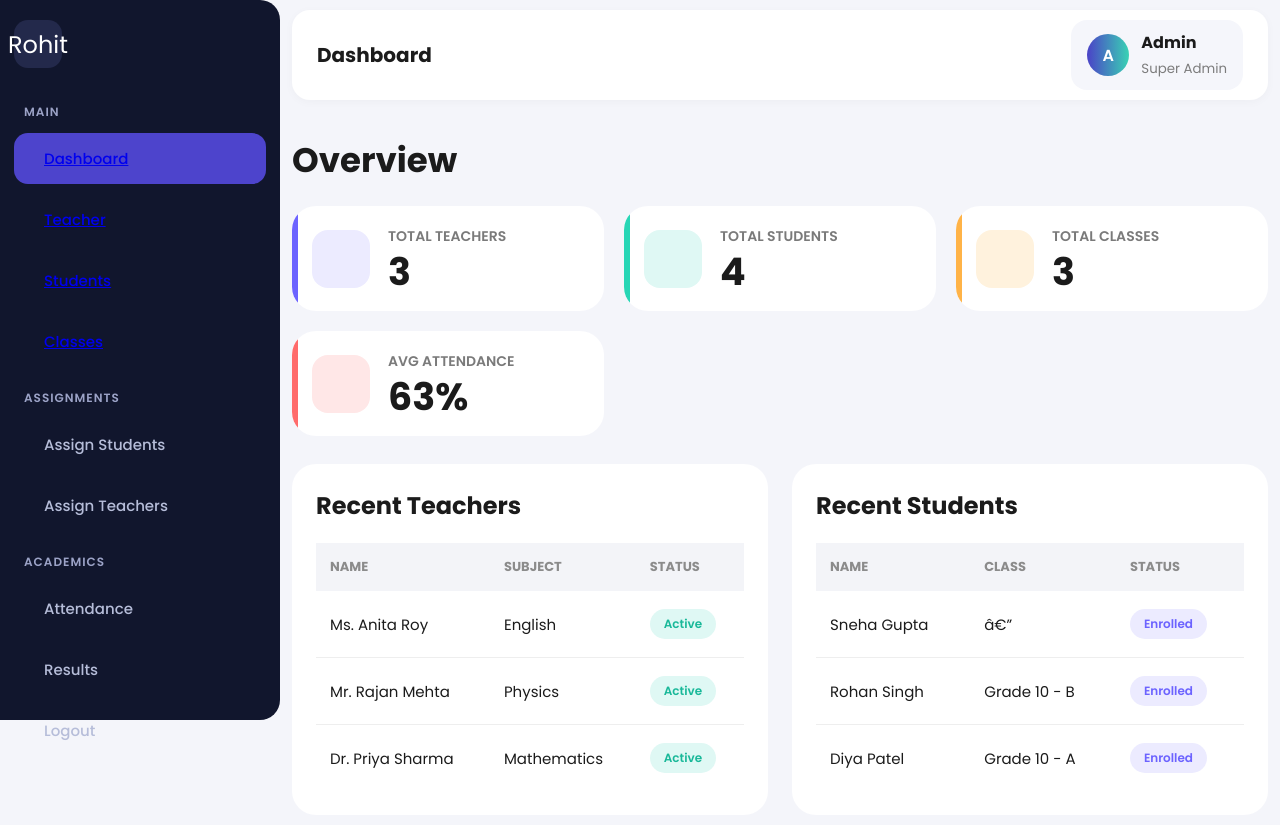
Repository: rohit-rk-07/school_management_system
Page: http://localhost/School_Management_System/dashboard.jsp
An editor plug-in stored every save of this project. The page is shown before and after the next save, followed by the edit.
The browser window is 1280 px wide. The pictures show the whole page.
The page is served by Tomcat 10. Other server files are loaded and not shown.

Above is the page before, as saved 2026-05-20 09:56:14.
Console error: TypeError: Cannot read properties of null (reading 'addEventListener')

### School_Management_System/src/main/webapp/dashboard.jsp
<!DOCTYPE html>
<html lang="en">
<head>
  <meta charset="UTF-8" />
  <meta name="viewport" content="width=device-width, initial-scale=1.0"/>
  <title>School Dashboard</title>

  <link rel="preconnect" href="https://fonts.googleapis.com">
  <link href="https://fonts.googleapis.com/css2?family=Poppins:wght@300;400;500;600;700&display=swap" rel="stylesheet">

  <style>
    *{
      margin:0;
      padding:0;
      box-sizing:border-box;
      font-family:'Poppins',sans-serif;
    }

    body{
      background:#f3f4f8;
      display:flex;
      min-height:100vh;
      color:#1b1b1b;
    }

    /* SIDEBAR */

    .sidebar{
      width:280px;
      background:#11162d;
      color:#fff;
      padding:20px 14px;
      display:flex;
      flex-direction:column;
      justify-content:space-between;
      border-top-right-radius:20px;
      border-bottom-right-radius:20px;
    }

    .logo{
      width:42px;
      height:42px;
      border-radius:12px;
      background:#2a2f55;
      display:flex;
      align-items:center;
      justify-content:center;
      color:#7b6dff;
      font-size:22px;
      margin-bottom:35px;
    }

    .menu-title{
      font-size:12px;
      color:#9ba1c4;
      margin:20px 10px 10px;
      letter-spacing:1px;
      font-weight:600;
    }

    .menu{
      list-style:none;
    }

    .menu li{
      padding:14px 16px;
      border-radius:12px;
      margin-bottom:8px;
      cursor:pointer;
      display:flex;
      align-items:center;
      gap:14px;
      color:#aeb4d1;
      transition:0.3s;
    }

    .menu li:hover{
      background:#242b4d;
    }

    .menu li.active{
      background:#4b42c7;
      color:#fff;
      font-weight:500;
    }

    .bottom-menu{
      margin-top:40px;
    }

    /* MAIN CONTENT */

    .main{
      flex:1;
      padding:10px 12px;
    }

    .topbar{
      background:#fff;
      border-radius:18px;
      padding:10px 25px;
      display:flex;
      justify-content:space-between;
      align-items:center;
      box-shadow:0 2px 10px rgba(0,0,0,0.03);
    }

    .topbar h2{
      font-size:20px;
    }

    .profile{
      display:flex;
      align-items:center;
      gap:12px;
      background:#f5f6fb;
      padding:10px 16px;
      border-radius:16px;
    }

    .avatar{
      width:42px;
      height:42px;
      border-radius:50%;
      background:linear-gradient(to right,#4b42c7,#39d2b4);
      display:flex;
      align-items:center;
      justify-content:center;
      color:#fff;
      font-weight:600;
    }

    .profile small{
      color:#7c7c7c;
    }

    .section-title{
      margin:35px 0 20px;
      font-size:34px;
      font-weight:700;
    }

    .stats{
      display:grid;
      grid-template-columns:repeat(auto-fit,minmax(240px,1fr));
      gap:20px;
    }

    .card{
      background:#fff;
      border-radius:24px;
      padding:20px;
      display:flex;
      align-items:center;
      gap:18px;
      position:relative;
      overflow:hidden;
    }

    .card::before{
      content:"";
      position:absolute;
      left:0;
      top:0;
      width:6px;
      height:100%;
    }

    .card.purple::before{ background:#6c63ff; }
    .card.green::before{ background:#27d6b5; }
    .card.orange::before{ background:#ffb347; }
    .card.red::before{ background:#ff6b6b; }

    .icon-box{
      width:58px;
      height:58px;
      border-radius:16px;
      display:flex;
      align-items:center;
      justify-content:center;
      font-size:24px;
    }

    .purple .icon-box{ background:#ecebff; color:#6c63ff; }
    .green .icon-box{ background:#dff8f4; color:#27d6b5; }
    .orange .icon-box{ background:#fff2dd; color:#ffb347; }
    .red .icon-box{ background:#ffe7e7; color:#ff6b6b; }

    .card h4{
      font-size:14px;
      color:#7a7a7a;
      margin-bottom:6px;
      font-weight:600;
    }

    .card h1{
      font-size:38px;
      line-height:1;
    }

    /* TABLES */

    .table-wrapper{
      margin-top:28px;
      display:grid;
      grid-template-columns:1fr 1fr;
      gap:24px;
    }

    .table-card{
      background:#fff;
      border-radius:24px;
      padding:24px;
    }

    .table-card h3{
      margin-bottom:20px;
      font-size:24px;
    }

    table{
      width:100%;
      border-collapse:collapse;
    }

    th{
      text-align:left;
      font-size:13px;
      color:#8b8b8b;
      padding:14px;
      background:#f3f4f8;
    }

    td{
      padding:18px 14px;
      border-bottom:1px solid #eee;
      font-size:15px;
    }

    tr:last-child td{
      border-bottom:none;
    }

    .badge{
      padding:6px 14px;
      border-radius:20px;
      font-size:12px;
      font-weight:600;
      display:inline-block;
    }

    .active-badge{
      background:#dff8f4;
      color:#19b899;
    }

    .enrolled-badge{
      background:#ecebff;
      color:#6c63ff;
    }

    /* RESPONSIVE */

    @media(max-width:1000px){
      .table-wrapper{
        grid-template-columns:1fr;
      }
    }

    @media(max-width:768px){
      body{
        flex-direction:column;
      }

      .sidebar{
        width:100%;
        border-radius:0;
      }

      .main{
        padding:15px;
      }

      .topbar{
        flex-direction:column;
        gap:15px;
        align-items:flex-start;
      }
    }
  </style>
</head>

<body>

  <!-- SIDEBAR -->

  <!--   <div class="sidebar">

    <div>
      <div class="logo"></div>

      <div class="menu-title">MAIN</div>

      <ul class="menu">
        <li class="active">Dashboard</li>
        <li>Teachers</li>
        <li>Students</li>
        <li>Classes</li>
      </ul>

      <div class="menu-title">ASSIGNMENTS</div>

      <ul class="menu">
        <li>Assign Students</li>
        <li>Assign Teachers</li>
      </ul>

      <div class="menu-title">ACADEMICS</div>

      <ul class="menu">
        <li>Attendance</li>
        <li>Results</li>
      </ul>
    </div>

    <div class="bottom-menu">
      <ul class="menu">
        <li>Logout</li>
      </ul>
    </div>

  </div> -->

  <jsp:include page="sidebar.jsp" />

  <!-- MAIN -->

  <div class="main">

    <div class="topbar">
      <h2>Dashboard</h2>

      <div class="profile">
        <div class="avatar">A</div>

        <div>
          <strong>Admin</strong><br>
          <small>Super Admin</small>
        </div>
      </div>
    </div>

    <h1 class="section-title">Overview</h1>

    <!-- STATS -->

    <div class="stats">

      <div class="card purple">
        <div class="icon-box"></div>

        <div>
          <h4>TOTAL TEACHERS</h4>
          <h1>3</h1>
        </div>
      </div>

      <div class="card green">
        <div class="icon-box"></div>

        <div>
          <h4>TOTAL STUDENTS</h4>
          <h1>4</h1>
        </div>
      </div>

      <div class="card orange">
        <div class="icon-box"></div>

        <div>
          <h4>TOTAL CLASSES</h4>
          <h1>3</h1>
        </div>
      </div>

      <div class="card red">
        <div class="icon-box"></div>

        <div>
          <h4>AVG ATTENDANCE</h4>
          <h1>63%</h1>
        </div>
      </div>

    </div>

    <!-- TABLES -->

    <div class="table-wrapper">

      <div class="table-card">

        <h3>Recent Teachers</h3>

        <table>
          <thead>
            <tr>
              <th>NAME</th>
              <th>SUBJECT</th>
              <th>STATUS</th>
            </tr>
          </thead>

          <tbody>
            <tr>
              <td>Ms. Anita Roy</td>
              <td>English</td>
              <td><span class="badge active-badge">Active</span></td>
            </tr>

            <tr>
              <td>Mr. Rajan Mehta</td>
              <td>Physics</td>
              <td><span class="badge active-badge">Active</span></td>
            </tr>

            <tr>
              <td>Dr. Priya Sharma</td>
              <td>Mathematics</td>
              <td><span class="badge active-badge">Active</span></td>
            </tr>
          </tbody>
        </table>

      </div>

      <div class="table-card">

        <h3>Recent Students</h3>

        <table>
          <thead>
            <tr>
              <th>NAME</th>
              <th>CLASS</th>
              <th>STATUS</th>
            </tr>
          </thead>

          <tbody>
            <tr>
              <td>Sneha Gupta</td>
              <td>—</td>
              <td><span class="badge enrolled-badge">Enrolled</span></td>
            </tr>

            <tr>
              <td>Rohan Singh</td>
              <td>Grade 10 - B</td>
              <td><span class="badge enrolled-badge">Enrolled</span></td>
            </tr>

            <tr>
              <td>Diya Patel</td>
              <td>Grade 10 - A</td>
              <td><span class="badge enrolled-badge">Enrolled</span></td>
            </tr>
          </tbody>
        </table>

      </div>

    </div>

  </div>

  <script>
    const toggleBtn = document.getElementById("darkToggle");

    toggleBtn.addEventListener("click", () => {
      document.body.classList.toggle("dark");
    });
  </script>

</body>
</html>

### School_Management_System/src/main/webapp/sidebar.jsp
<!DOCTYPE html>
<html lang="en">
<head>
  <meta charset="UTF-8" />
  <meta name="viewport" content="width=device-width, initial-scale=1.0"/>
  <title>School Sidebar</title>

  <style type="text/css">
  *{
  margin:0;
  padding:0;
  box-sizing:border-box;
}

body{
  font-family:'Poppins',sans-serif;
  background:#f4f5fa;
}

/* SIDEBAR */

.schoolSidebar{
  width:280px;
  height:100vh;
  background:#11162d;
  color:#ffffff;
  padding:20px 14px;
  display:flex;
  flex-direction:column;
  justify-content:space-between;
  border-top-right-radius:20px;
  border-bottom-right-radius:20px;
  transition:0.3s;
}

/* LOGO */

.schoolSidebarLogo{
  width:48px;
  height:48px;
  border-radius:14px;
  background:#23294b;
  display:flex;
  align-items:center;
  justify-content:center;
  font-size:24px;
  margin-bottom:35px;
}

/* MENU TITLES */

.schoolSidebarMenuTitle{
  color:#9ca3c7;
  font-size:12px;
  letter-spacing:1px;
  margin:22px 10px 12px;
  font-weight:600;
}

/* MENU */

.schoolSidebarMenuList{
  list-style:none;
}

.schoolSidebarMenuItem{
  display:flex;
  align-items:center;
  gap:14px;
  padding:14px 16px;
  border-radius:14px;
  margin-bottom:10px;
  color:#b6bdd9;
  cursor:pointer;
  transition:0.3s;
  font-size:15px;
  font-weight:500;
}

.schoolSidebarMenuItem span{
  font-size:18px;
}

/* HOVER */

.schoolSidebarMenuItem:hover{
  background:#242b4d;
  color:#ffffff;
}

/* ACTIVE */

.schoolSidebarActive{
  background:#4d44cc;
  color:#ffffff;
}

/* DARK MODE */

.schoolSidebarDark{
  background:#050814;
}

.schoolSidebarDark .schoolSidebarMenuItem:hover{
  background:#1c2445;
}

/* RESPONSIVE */

@media(max-width:768px){

  .schoolSidebar{
    width:100%;
    height:auto;
    border-radius:0;
  }

}
  </style>

  <link rel="preconnect" href="https://fonts.googleapis.com">
  <link href="https://fonts.googleapis.com/css2?family=Poppins:wght@300;400;500;600;700&display=swap" rel="stylesheet">
</head>

<body>

  <aside class="schoolSidebar">

    <!-- LOGO -->
    <div class="schoolSidebarTop">

      <div class="schoolSidebarLogo">
        Rohit
      </div>

      <!-- MAIN MENU -->
      <div class="schoolSidebarMenuTitle">
        MAIN
      </div>

      <ul class="schoolSidebarMenuList">

        <li class="schoolSidebarMenuItem schoolSidebarActive">
          <span></span>
          <a href="dashboard.jsp">Dashboard</a>
        </li>

        <li class="schoolSidebarMenuItem">
          <span></span>
          <a href="teacher.jsp">Teacher</a>
        </li>

        <li class="schoolSidebarMenuItem">
          <span></span>
          <a href="student.jsp">Students</a>
        </li>

        <li class="schoolSidebarMenuItem">
          <span></span>
          <a href="classes.jsp">Classes</a>
        </li>

      </ul>

      <!-- ASSIGNMENTS -->
      <div class="schoolSidebarMenuTitle">
        ASSIGNMENTS
      </div>

      <ul class="schoolSidebarMenuList">

        <li class="schoolSidebarMenuItem">
          <span></span>
          Assign Students
        </li>

        <li class="schoolSidebarMenuItem">
          <span></span>
          Assign Teachers
        </li>

      </ul>

      <!-- ACADEMICS -->
      <div class="schoolSidebarMenuTitle">
        ACADEMICS
      </div>

      <ul class="schoolSidebarMenuList">

        <li class="schoolSidebarMenuItem">
          <span></span>
          Attendance
        </li>

        <li class="schoolSidebarMenuItem">
          <span></span>
          Results
        </li>

      </ul>

    </div>

    <!-- BOTTOM -->
    <div class="schoolSidebarBottom">

      <ul class="schoolSidebarMenuList">

        <li class="schoolSidebarMenuItem">
          <span></span>
          Logout
        </li>

      </ul>

    </div>

  </aside>

  <script>
//ACTIVE MENU

  const schoolSidebarItems = document.querySelectorAll(".schoolSidebarMenuItem");

  schoolSidebarItems.forEach(item => {

    item.addEventListener("click", () => {

      schoolSidebarItems.forEach(nav => {
        nav.classList.remove("schoolSidebarActive");
      });

      item.classList.add("schoolSidebarActive");

    });

  });


  // DARK MODE

  const schoolSidebar = document.querySelector(".schoolSidebar");

  const schoolSidebarDarkBtn = document.getElementById("schoolSidebarDarkBtn");

  schoolSidebarDarkBtn.addEventListener("click", () => {

    schoolSidebar.classList.toggle("schoolSidebarDark");

  });
  </script>

</body>
</html>

After the next save:
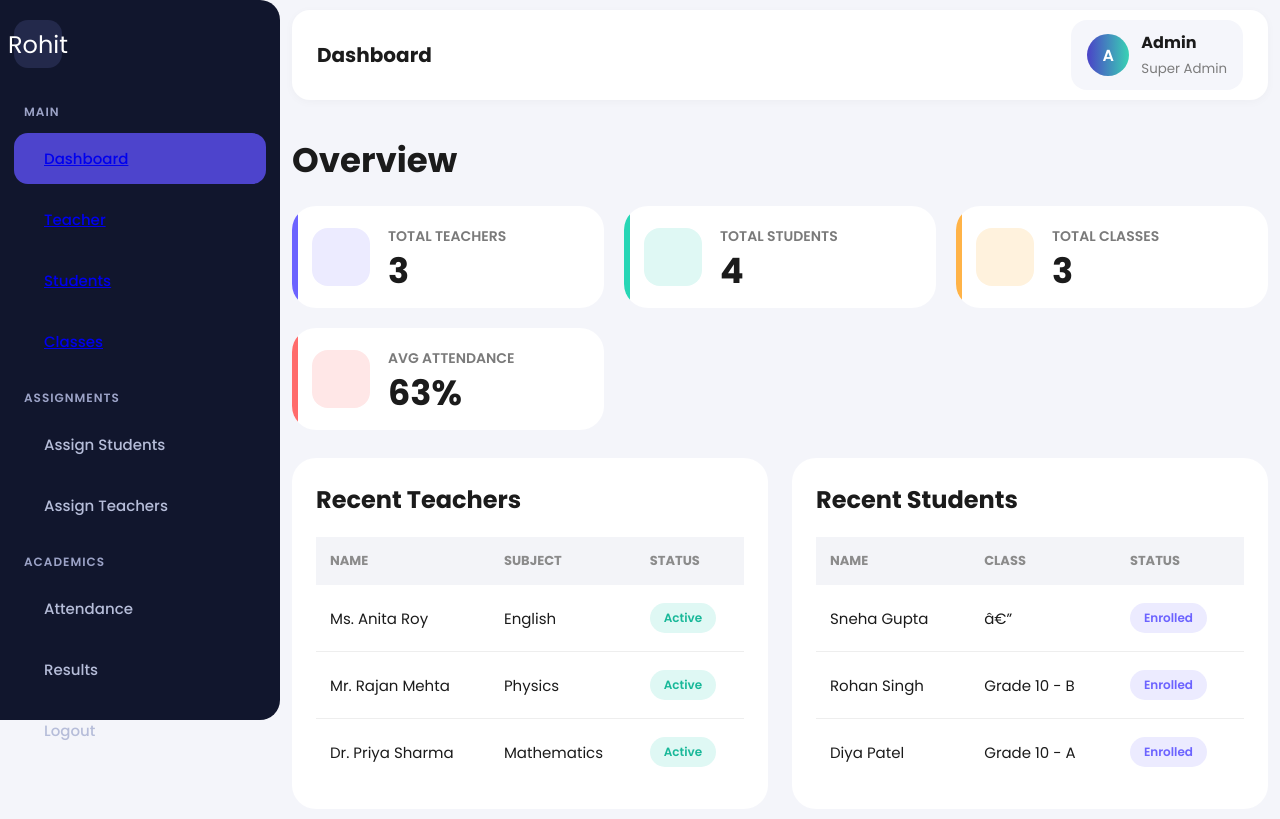
Saved 24 s later.
--- a/School_Management_System/src/main/webapp/dashboard.jsp
+++ b/School_Management_System/src/main/webapp/dashboard.jsp
@@ -194,7 +194,7 @@
     }
 
     .card h1{
-      font-size:38px;
+      font-size:35px;
       line-height:1;
     }
 
